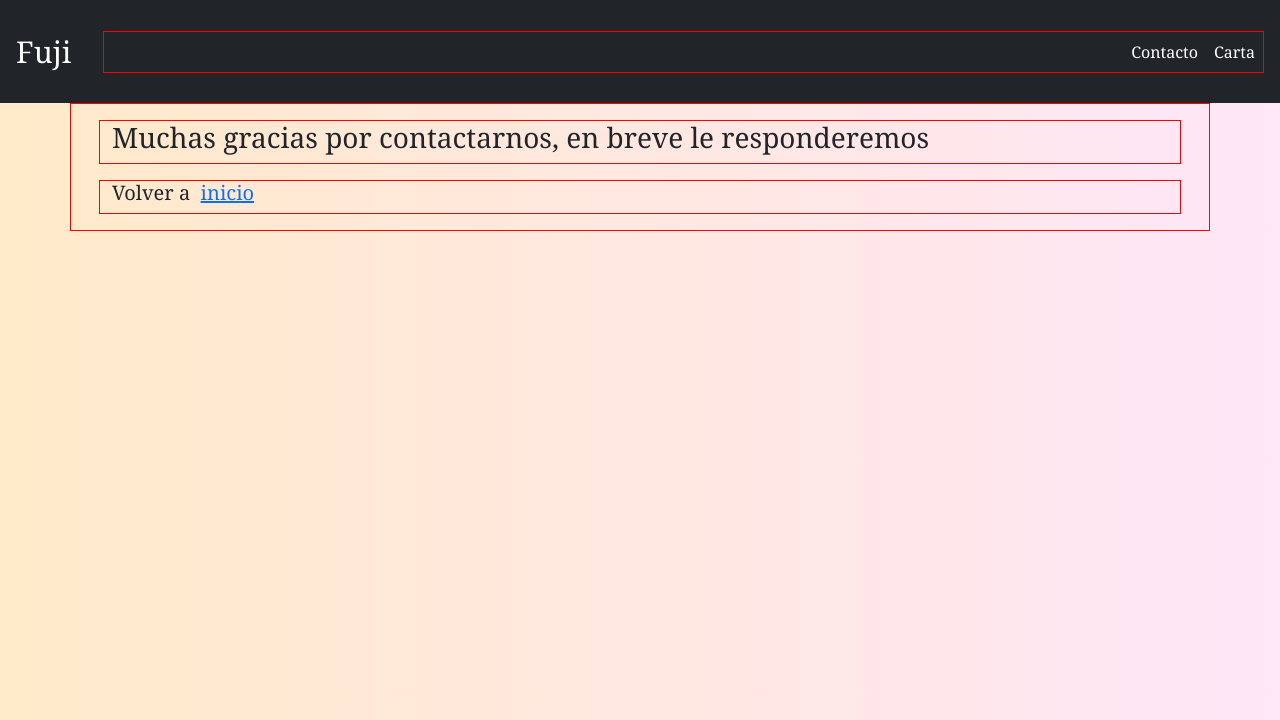
Repository: aipacheco/Fuji-restaurante
Page: answer.html
An editor plug-in stored every save of this project. The page is shown before and after the next save, followed by the edit.
The browser window is 1280 px wide. The pictures show the whole page.
Some web libraries are served in a nearby version.

Above is the page before, as saved 2024-01-29 18:09:54.

### answer.html
<!DOCTYPE html>
<html lang="en">
  <head>
    <meta charset="UTF-8" />
    <meta name="viewport" content="width=device-width, initial-scale=1.0" />

    <link
      href="https://cdn.jsdelivr.net/npm/bootstrap@5.3.2/dist/css/bootstrap.min.css"
      rel="stylesheet"
      integrity="sha384-T3c6CoIi6uLrA9TneNEoa7RxnatzjcDSCmG1MXxSR1GAsXEV/Dwwykc2MPK8M2HN"
      crossorigin="anonymous"
    />
    <link rel="stylesheet" href="./css/styles.css" />
    <title>Respuesta</title>
  </head>

  <body>
    <!-- Navbar -->
    <nav class="navbar navbar-expand-lg bg-dark" data-bs-theme="dark">
      <a class="navbar-brand d-flex align-items-center m-3" href="./index.html">
        <span id="icon">Fuji</span>
      </a>

      <button
        class="navbar-toggler m-3"
        type="button"
        data-toggle="collapse"
        data-target="#navbarNavDropdown"
        aria-controls="navbarNavDropdown"
        aria-expanded="false"
        aria-label="Toggle navigation"
      >
        <span class="navbar-toggler-icon"></span>
      </button>

      <div
        class="collapse navbar-collapse justify-content-end m-3"
        id="navbarNavDropdown"
      >
        <ul class="navbar-nav align-items-center">
          <li class="nav-item active m-2">
            <a href="/contacto.html">Contacto</a>
          </li>
          <li class="nav-item active m-2">
            <a href="/menu.html">Carta</a>
          </li>
        </ul>
      </div>
    </nav>

    <div class="container text">
      <div class="row m-3">
        <h3>Muchas gracias por contactarnos, en breve le responderemos</h3>
      </div>
      <div class="row m-3">
       <h5> Volver a &nbsp;<a href="./index.html">inicio</a></h5>
      </div>
    </div>

    <script src="https://code.jquery.com/jquery-3.2.1.slim.min.js"></script>
    <script src="https://cdnjs.cloudflare.com/ajax/libs/popper.js/1.12.9/umd/popper.min.js"></script>
    <script src="https://maxcdn.bootstrapcdn.com/bootstrap/4.0.0/js/bootstrap.min.js"></script>
  </body>
</html>

### css/styles.css
body {
  font-family: Georgia, "Times New Roman", Times, serif !important;
  margin: 0;
  padding: 0;
  background: rgb(255, 234, 201);
  background: linear-gradient(
    90deg,
    rgba(255, 234, 201, 1) 0%,
    rgba(255, 230, 248, 1) 100%
  );
  /* height: 100vh;
  width: 100vw; */
}
div {
  border: 1px solid red;
}
nav a{
  text-decoration: none;
  color: white;
}
#icon {
  font-size: 1.5em;
}
.img-restaurante{
  max-height: 30em;
  width: auto;
  object-fit: cover;
}
textarea {
  resize: none !important;
}
.card {
  background-color: rgba(250, 235, 215, 0.212);
  transition: 0.5s;
}
.card:hover{
  box-shadow: 6px 5px 10px 1px rgba(0,0,0,0.75);
  transition: 0.5s;
}
.card-footer{
  background-color: rgb(255, 241, 241);

}
.card-title{
  font-weight: bold;
}
.jumbotron{
  font-size: 6em;
  text-shadow: 1px 1px 3px #ffffff92, 1px 1px 15px #ededed50;
}

.img-menu {
  max-height: 17em;
  width: auto;
  object-fit: cover;
}
.row-menu{
  margin-top: 1em;
  margin-bottom: 1em;
}
iframe{

  height: 20em;
  padding: 0;
  margin: 0;
}

After the next save:
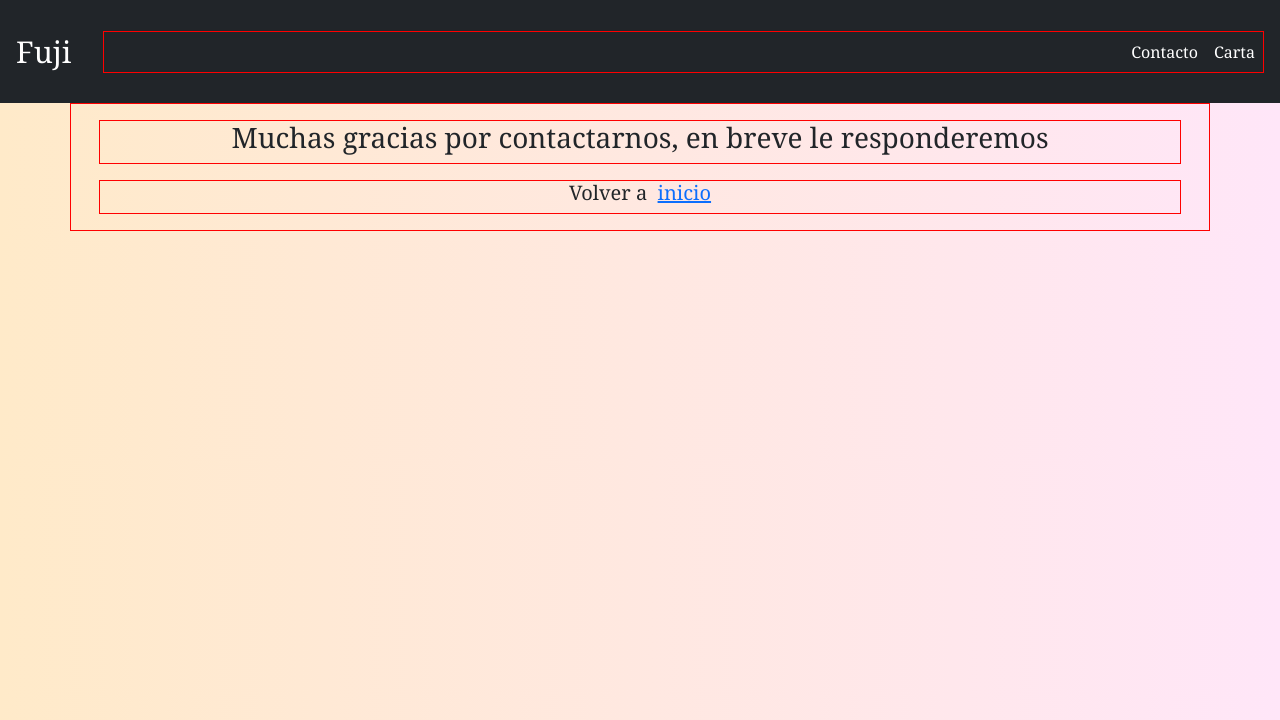
Saved 4 s later.
--- a/answer.html
+++ b/answer.html
@@ -48,7 +48,7 @@
       </div>
     </nav>
 
-    <div class="container text">
+    <div class="container text-center">
       <div class="row m-3">
         <h3>Muchas gracias por contactarnos, en breve le responderemos</h3>
       </div>
